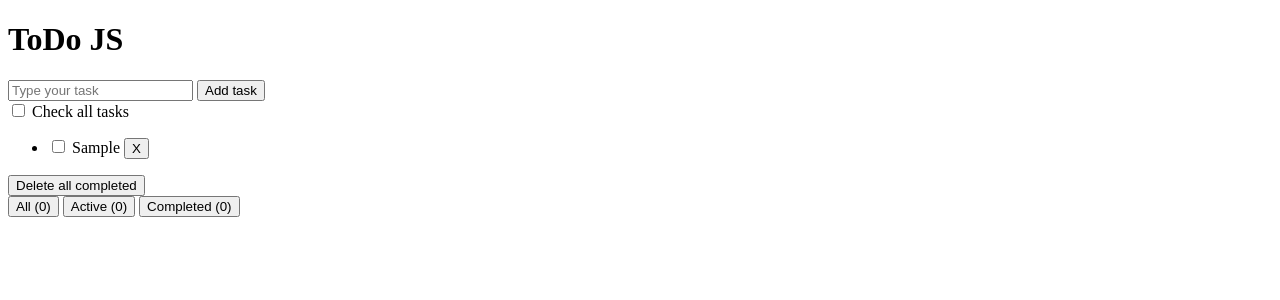
Repository: mklyagin/klyagin_todojs
Page: index.html
An editor plug-in stored every save of this project. The page is shown before and after the next save, followed by the edit.
The browser window is 1280 px wide. The pictures show the whole page.
Empty fields were first filled with sample values (such as "Sample", 5 or name@example.com).
After loading, the first visible `#add-task-button` was clicked once.

Above is the page before, as saved 2024-02-26 10:29:01.

### index.html
<!DOCTYPE html>
<html lang="en">
  <head>
    <meta charset="UTF-8">
    <meta name="viewport" content="width=device-width, initial-scale=1.0">
    <title>ToDo JS</title>
    <link rel="stylesheet" href="./style.css">
  </head>
  <body>
    <h1>ToDo JS</h1>
    <input id="enter-task-input" placeholder="Type your task">
    <button type="button" id="add-task-button">Add task</button>
    <div>
      <input type="checkbox" id="check-all-checkbox">
      <span>Check all tasks</span>
    </div>
    <ul id="task-list"></ul>
    <button type="button" id="delete-all-completed-button">
      Delete all completed
    </button>
    <div id="tabulation">
      <button id="show-all">All (0)</button>
      <button id="show-active">Active (0)</button>
      <button id="show-completed">Completed (0)</button>
    </div>
    <script src="./script.js"></script>
  </body>
</html>

### style.css

.hidden-element {
  display: none;
}

### script.js
const buttonTaskAdd = document.querySelector('#add-task-button');
const inputTask = document.querySelector('#enter-task-input');
const ulTask = document.querySelector('#task-list');
const checkAllCheckbox = document.querySelector('#check-all-checkbox');
const deleteAllCompletedButton = document.querySelector('#delete-all-completed-button');
const tabulationDiv = document.querySelector('#tabulation');

const ENTER_KEY = 'Enter';
const ESCAPE_KEY = 'Escape';

let taskList = [];
let filterType = 'all';
const filterCounter = 0;

const checkAllTaskStates = () => {
  checkAllCheckbox.checked = taskList.length > 0
    ? (taskList.every((task) => task.isDone))
    : false;
};

const taskFilter = (currentList) => {
  switch (filterType) {
    case ('all'):
      return taskList;
    case ('active'):
      currentList = taskList.filter((task) => !task.isDone);
      return currentList;
    case ('completed'):
      currentList = taskList.filter((task) => task.isDone);
      return currentList;
    default:
      return undefined;
  }
};

const taskFilterCounter = () => {
  const counter = {
    total: taskList.length,
    active: (taskList.filter((task) => !task.isDone)).length,
    completed: (taskList.filter((task) => task.isDone)).length,
  };

  return counter;
};

const taskRender = () => {
  let listOfTasks = '';
  let currentList = [];
  currentList = taskFilter(currentList);

  currentList.forEach((task) => {
    listOfTasks
    += `<li id=${task.id}>
    <input type="checkbox" class="check-task" ${task.isDone ? 'checked' : ''}>
    <span class="task-title">${task.title}</span>
    <input class="edit-task" id=${task.id} value=${task.title} hidden>
    <button type="button" class="delete-task">X</button>
    </li>`;
  });
  ulTask.innerHTML = listOfTasks;
  checkAllTaskStates();
  const tabNumbers = taskFilterCounter();
  console.log(tabNumbers);
  tabulationDiv.children[0].innerHTML = `All (${tabNumbers.total})`;
  tabulationDiv.children[0].innerHTML = `All (${tabNumbers.active})`;
  tabulationDiv.children[0].innerHTML = `All (${tabNumbers.completed})`;
};

const addTask = () => {
  const task = {
    id: Date.now(),
    title: inputTask.value,
    isDone: false,
  };

  taskList.push(task);
  inputTask.value = '';
  taskRender();
};

const editVisibilityToggle = (target) => {
  target.hidden = !target.hidden;
  if (target.className === 'task-title') {
    target.nextElementSibling.hidden = !target.nextElementSibling.hidden;
  } else {
    target.previousElementSibling.hidden = !target.previousElementSibling.hidden;
  }
};

const editMode = (event) => {
  if (event.key === ESCAPE_KEY) {
    taskRender();
  } else if (event.key === ENTER_KEY || (event.type === 'blur' && event.sourceCapabilities !== null)) {
    editVisibilityToggle(event.target.previousElementSibling);
    taskList.forEach((task) => {
      if (task.id === Number(event.target.id)) {
        task.title = event.target.value;
      }
    });
    taskRender();
  }
};

//if
const eventUlHandlerListener = (event) => {
  const eventTaskID = Number(event.target.parentNode.id);
  switch (event.target.className) {
    case 'check-task':
      taskList.forEach((task) => {
        if (task.id === eventTaskID) {
          task.isDone = event.target.checked;
        }
        checkAllTaskStates();
      });
      taskRender();
      break;
    case ('delete-task'):
      taskList = taskList.filter((task) => task.id !== eventTaskID);
      taskRender();
      break;
    default:
      break;
  }
};

const editTaskListener = (event) => {
  if (event.target.className === 'task-title') {
    editVisibilityToggle(event.target);
    event.target.nextElementSibling.addEventListener('blur', editMode);
    event.target.nextElementSibling.addEventListener('keydown', editMode);
  }
};

const inputTaskListener = (event) => {
  if (event.key === ENTER_KEY) {
    addTask();
    inputTask.blur();
  }
};

const deleteCompleted = () => {
  taskList = taskList.filter((task) => !task.isDone);
  taskRender();
};

// every!
const checkAll = () => {
  taskList.forEach((task) => {
    task.isDone = checkAllCheckbox.checked;
    Array.from(ulTask.children).forEach((li) => {
      li.children[0].checked = checkAllCheckbox.checked;
    });
  });
};

const tabulationListener = (event) => {
  switch (event.target.id) {
    case ('show-all'):
      filterType = 'all';
      taskRender();
      break;
    case ('show-active'):
      filterType = 'active';
      taskRender();
      break;
    case ('show-completed'):
      filterType = 'completed';
      taskRender();
      break;
    default:
      break;
  }
};

ulTask.addEventListener('click', eventUlHandlerListener);
ulTask.addEventListener('dblclick', editTaskListener);
buttonTaskAdd.addEventListener('click', addTask);
inputTask.addEventListener('keydown', inputTaskListener);
deleteAllCompletedButton.addEventListener('click', deleteCompleted);
checkAllCheckbox.addEventListener('click', checkAll);
tabulationDiv.addEventListener('click', tabulationListener);

After the next save:
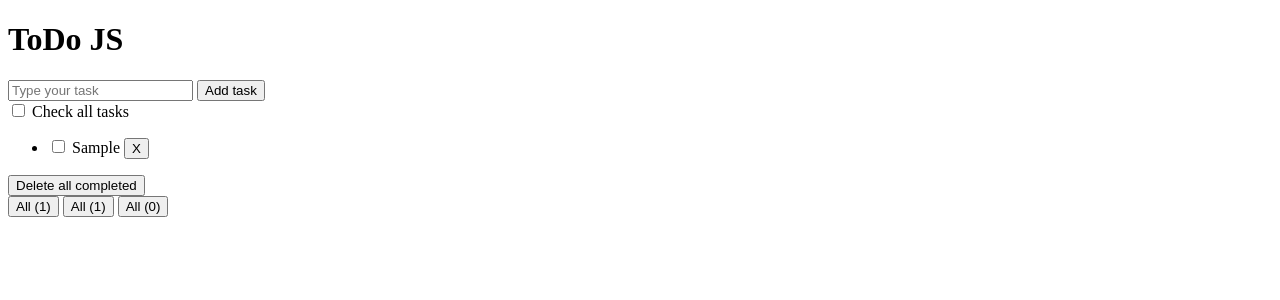
Saved 31 s later.
--- a/script.js
+++ b/script.js
@@ -62,8 +62,8 @@
   const tabNumbers = taskFilterCounter();
   console.log(tabNumbers);
   tabulationDiv.children[0].innerHTML = `All (${tabNumbers.total})`;
-  tabulationDiv.children[0].innerHTML = `All (${tabNumbers.active})`;
-  tabulationDiv.children[0].innerHTML = `All (${tabNumbers.completed})`;
+  tabulationDiv.children[1].innerHTML = `All (${tabNumbers.active})`;
+  tabulationDiv.children[2].innerHTML = `All (${tabNumbers.completed})`;
 };
 
 const addTask = () => {

After the save that followed:
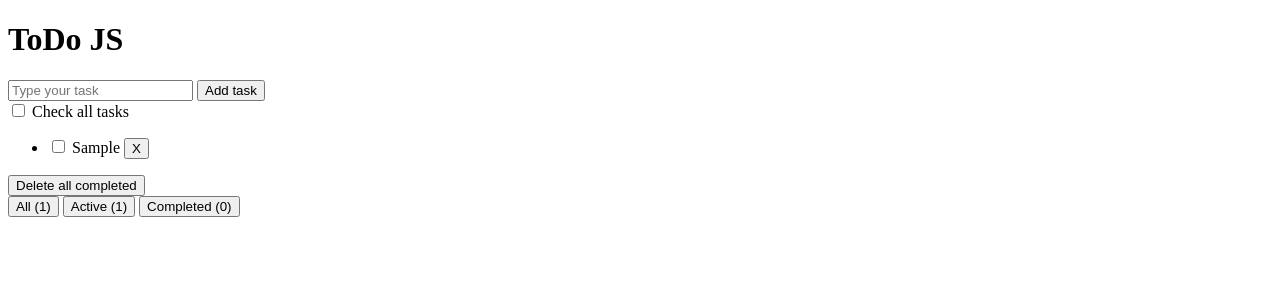
Saved 17 s later.
--- a/script.js
+++ b/script.js
@@ -62,8 +62,8 @@
   const tabNumbers = taskFilterCounter();
   console.log(tabNumbers);
   tabulationDiv.children[0].innerHTML = `All (${tabNumbers.total})`;
-  tabulationDiv.children[1].innerHTML = `All (${tabNumbers.active})`;
-  tabulationDiv.children[2].innerHTML = `All (${tabNumbers.completed})`;
+  tabulationDiv.children[1].innerHTML = `Active (${tabNumbers.active})`;
+  tabulationDiv.children[2].innerHTML = `Completed (${tabNumbers.completed})`;
 };
 
 const addTask = () => {
